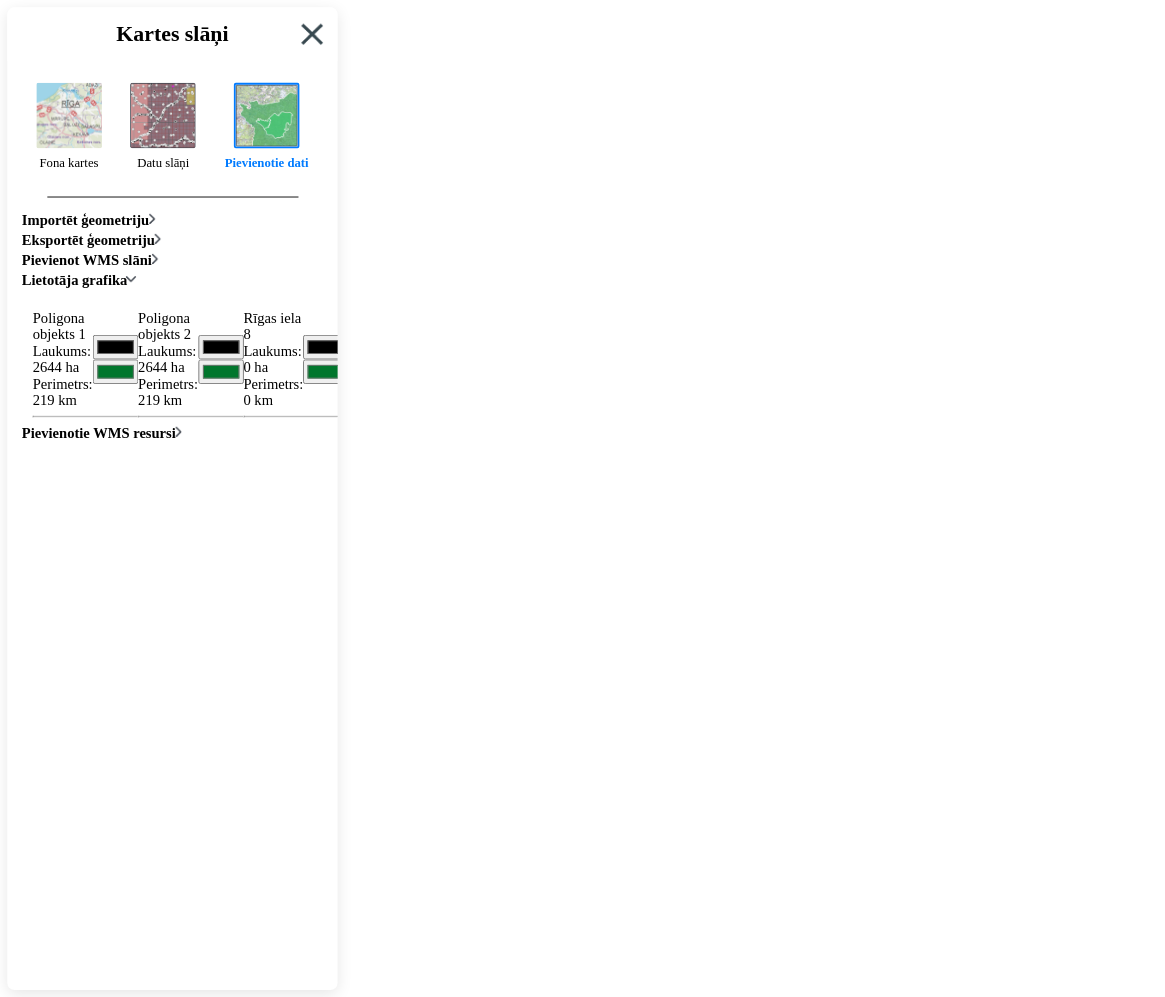
Repository: Kringelis/KP_kar-usl-i
Page: /, after clicking the first element matching `div.sidebar-tabs > :nth-child(3)`
The author's editor kept a copy of each file at every save. The page is drawn from the files as they stood at one save, then again after the next save.
The browser window is 1280 px wide. The pictures show the whole page, at 91% of full size.
The project was rebuilt for these pictures with package versions that can differ from the ones it lists, and the page was loaded fresh each time. Also part of the build but not shown: src/components/FonaKartes.scss, src/components/DatuSlani.jsx, src/components/PievienotieDati.scss, src/App.scss.

Above is the page before, as saved 2024-06-17 09:03:11.

### public/index.html
<!DOCTYPE html>
<html lang="en">
  <head>
    <link
      rel="stylesheet"
      href="https://fonts.googleapis.com/css2?family=Inter:wght@400;500;700&display=swap"
    />

    <meta charset="UTF-8" />
    <meta name="viewport" content="width=device-width, initial-scale=1.0" />
    <title>React App</title>
  </head>
  <body>
    <noscript>You need to enable JavaScript to run this app.</noscript>
    <div id="root"></div>
  </body>
</html>

### src/App.js
import React from "react";
import Sidebar from "./components/Sidebar";
import "./App.scss";

function App() {
  return (
    <div className="App">
      <header className="App-header">
        <Sidebar />
      </header>
    </div>
  );
}

export default App;

### src/components/Sidebar.jsx
import React, { useState } from "react";
import FonaKartes from "./FonaKartes";
import DatuSlani from "./DatuSlani";
import PievienotieDati from "./PievienotieDati";
import "./Sidebar.scss";

import pirmais from "./pirmais.png";
import otrais from "./otrais.png";
import tresais from "./tresais.png";
import close from "./close.png";

const Sidebar = () => {
  const [activeSection, setActiveSection] = useState("FonaKartes");

  return (
    <div className="sidebar">
      <div className="sidebar-header">
        <div className="sidebar-title">Kartes slāņi</div>
        <img src={close} alt="Close" className="close-icon" />
      </div>
      <div className="sidebar-tabs">
        <div
          className={`tab ${activeSection === "FonaKartes" ? "active" : ""}`}
          onClick={() => setActiveSection("FonaKartes")}
        >
          <img src={pirmais} alt="Fona kartes" className="tab-square" />
          <div className="tab-text">Fona kartes</div>
        </div>
        <div
          className={`tab ${activeSection === "DatuSlani" ? "active" : ""}`}
          onClick={() => setActiveSection("DatuSlani")}
        >
          <img src={otrais} alt="Datu slāņi" className="tab-square" />
          <div className="tab-text">Datu slāņi</div>
        </div>
        <div
          className={`tab ${
            activeSection === "PievienotieDati" ? "active" : ""
          }`}
          onClick={() => setActiveSection("PievienotieDati")}
        >
          <img src={tresais} alt="Pievienotie dati" className="tab-square" />
          <div className="tab-text">Pievienotie dati</div>
        </div>
      </div>
      <div className="dividing-line"></div>{" "}
      {/* Added horizontal dividing line */}
      <div className="sidebar-content">
        {activeSection === "FonaKartes" && <FonaKartes />}
        {activeSection === "DatuSlani" && <DatuSlani />}
        {activeSection === "PievienotieDati" && <PievienotieDati />}
      </div>
    </div>
  );
};

export default Sidebar;

### src/components/FonaKartes.jsx
import React, { useState } from "react";
import "./FonaKartes.scss";
import copy from "./copyright.png";
import one from "./Rectangle 4.png";
import two from "./Rectangle 4(1).png";
import three from "./Rectangle 4(2).png";
import four from "./Rectangle 4(3).png";

import six from "./Rectangle 4(5).png";
import seven from "./Rectangle 4(6).png";
import eight from "./Rectangle 4(7).png";
import nine from "./Rectangle 4(8).png";

const FonaKartes = () => {
  const [activeItem, setActiveItem] = useState(null);
  const [sliderValues, setSliderValues] = useState({});

  const items = [
    {
      id: 1,
      title: "Pārskata (topogrāfiskā) karte",
      subtitle: "Tradicionālā tipogrāfijas versija",
      image: one,
      tooltip: "LĢIA",
    },
    {
      id: 2,
      title: "Topogrāfiskā karte ar reljefu",
      subtitle: "WEB versija kombinācijā ar DTM",
      image: two,
      tooltip: "LĢIA",
    },
    {
      id: 3,
      title: "Kombinētā fona karte",
      subtitle: "Dažādas detalitātes fona karte",
      image: three,
      tooltip: "LĢIA",
    },
    {
      id: 4,
      title: "Melnbaltā fona karte",
      subtitle: "Dažādas detalitātes fona karte",
      image: four,
      tooltip: "LĢIA",
    },
    {
      id: 5,
      title: "Ortofoto karte",
      subtitle: "6., 7. un 8. cikla jaunāko datu pārklājums",
      image: nine,
      tooltip: "LĢIA",
    },
    {
      id: 6,
      title: "Digitālais reljefa modelis",
      subtitle: "LIDAR 2013. - 2021.g. (40 cm)",
      image: six,
      tooltip: "LĢIA",
    },
    {
      id: 7,
      title: "Digitālais reljefa modelis ar horizontālēm",
      subtitle: "LIDAR 2013. - 2021.g. (40 cm)",
      image: seven,
      tooltip: "LĢIA",
    },
    {
      id: 8,
      title: "Digitālais virsmas modelis",
      subtitle: "LIDAR 2013. - 2021.g. (40 cm)",
      image: seven,
      tooltip: "LĢIA",
    },
    {
      id: 9,
      title: "Vēsturiskā topogrāfiskā karte mērogā 1: 75 000",
      subtitle: "No 1921. līdz 1940. gadam",
      image: eight,
      tooltip: "LĢIA",
    },
  ];

  const handleItemClick = (id) => {
    setActiveItem(id);
    if (!sliderValues.hasOwnProperty(id)) {
      setSliderValues((prevValues) => ({
        ...prevValues,
        [id]: 50,
      }));
    }
  };

  const handleSliderChange = (id, value) => {
    setSliderValues((prevValues) => ({
      ...prevValues,
      [id]: value,
    }));
  };

  return (
    <div className="fona-kartes">
      {items.map((item) => (
        <div
          key={item.id}
          className={`fona-kartes-item ${
            activeItem === item.id ? "active" : ""
          }`}
          onClick={() => handleItemClick(item.id)}
        >
          <div className="icon-container">
            <img
              src={copy}
              alt="info"
              className="info-icon"
              onClick={(e) => e.stopPropagation()}
            />
            <div className="tooltip">{item.tooltip}</div>
          </div>
          <div className="item-square">
            <img src={item.image} alt={`Kartes ikona`} />
          </div>
          <div className="item-text">
            <div className="item-title">{item.title}</div>
            <div className="item-subtitle">{item.subtitle}</div>
            {activeItem === item.id && (
              <div className="slider-container">
                <div
                  className="hollow-square"
                  onClick={(e) => {
                    e.stopPropagation();
                    handleSliderChange(item.id, 0);
                  }}
                ></div>
                <input
                  type="range"
                  className="item-slider"
                  value={sliderValues[item.id] || 0}
                  onChange={(e) =>
                    handleSliderChange(item.id, parseInt(e.target.value))
                  }
                />
                <div
                  className="black-square"
                  onClick={(e) => {
                    e.stopPropagation();
                    handleSliderChange(item.id, 100);
                  }}
                ></div>
              </div>
            )}
          </div>
        </div>
      ))}
    </div>
  );
};

export default FonaKartes;

### src/components/PievienotieDati.jsx
import React, { useState } from "react";
import "./PievienotieDati.scss";
import Arrow from "./Vector.png";

const PievienotieDati = () => {
  const [isImportGeometryOpen, setImportGeometryOpen] = useState(false);
  const [isExportGeometryOpen, setExportGeometryOpen] = useState(false);
  const [isAddWMSLayerOpen, setAddWMSLayerOpen] = useState(false);
  const [isUserGraphicsOpen, setUserGraphicsOpen] = useState(true);
  const [isWMSResourcesOpen, setWMSResourcesOpen] = useState(false);
  const [isLVMGeoWMSOpen, setLVMGeoWMSOpen] = useState(false);

  const [userGraphics, setUserGraphics] = useState([
    {
      id: 1,
      name: "Poligona objekts 1",
      area: 2644,
      perimeter: 219,
      outlineColor: "#000000",
      fillColor: "#00762C",
    },
    {
      id: 2,
      name: "Poligona objekts 2",
      area: 2644,
      perimeter: 219,
      outlineColor: "#000000",
      fillColor: "#00762C",
    },
    {
      id: 3,
      name: "Rīgas iela 8",
      area: 0,
      perimeter: 0,
      outlineColor: "#000000",
      fillColor: "#00762C",
    },
  ]);

  const toggleSection = (setFunction) => {
    setFunction((prevState) => !prevState);
  };

  const handleColorChange = (id, type, color) => {
    const newUserGraphics = userGraphics.map((item) => {
      if (item.id === id) {
        return { ...item, [type]: color };
      }
      return item;
    });
    setUserGraphics(newUserGraphics);
  };

  return (
    <div className="datu-slani">
      <div
        className="section-title"
        onClick={() => toggleSection(setImportGeometryOpen)}
      >
        Importēt ģeometriju
        <span className="accordion-icon">
          <img
            className={`accordion-icon ${isImportGeometryOpen ? "open" : ""}`}
            src={Arrow}
            alt="V"
          />
        </span>
      </div>
      {isImportGeometryOpen && (
        <div className="sub-section">Import Geometry Section</div>
      )}

      <div
        className="section-title"
        onClick={() => toggleSection(setExportGeometryOpen)}
      >
        Eksportēt ģeometriju
        <span className="accordion-icon">
          <img
            className={`accordion-icon ${isExportGeometryOpen ? "open" : ""}`}
            src={Arrow}
            alt="V"
          />
        </span>
      </div>
      {isExportGeometryOpen && (
        <div className="sub-section">Export Geometry Section</div>
      )}

      <div
        className="section-title"
        onClick={() => toggleSection(setAddWMSLayerOpen)}
      >
        Pievienot WMS slāni
        <span className="accordion-icon">
          <img
            className={`accordion-icon ${isAddWMSLayerOpen ? "open" : ""}`}
            src={Arrow}
            alt="V"
          />
        </span>
      </div>
      {isAddWMSLayerOpen && (
        <div className="sub-section">Add WMS Layer Section</div>
      )}

      <div
        className="section-title"
        onClick={() => toggleSection(setUserGraphicsOpen)}
      >
        Lietotāja grafika
        <span className="accordion-icon">
          <img
            className={`accordion-icon ${isUserGraphicsOpen ? "open" : ""}`}
            src={Arrow}
            alt="V"
          />
        </span>
      </div>
      {isUserGraphicsOpen && (
        <div className="sub-section">
          {userGraphics.map((item) => (
            <div key={item.id}>
              <div className="toggle-item">
                <div className="item-info">
                  <span>{item.name}</span>
                  <div className="info">
                    <div>Laukums: {item.area} ha</div>
                    <div>Perimetrs: {item.perimeter} km</div>
                  </div>
                </div>
                <div className="icons">
                  <label>
                    <input
                      type="color"
                      value={item.outlineColor}
                      onChange={(e) =>
                        handleColorChange(
                          item.id,
                          "outlineColor",
                          e.target.value
                        )
                      }
                    />
                    <span
                      className="color-block"
                      style={{ backgroundColor: item.outlineColor }}
                    ></span>
                  </label>
                  <label>
                    <input
                      type="color"
                      value={item.fillColor}
                      onChange={(e) =>
                        handleColorChange(item.id, "fillColor", e.target.value)
                      }
                    />
                    <span
                      className="color-block"
                      style={{ backgroundColor: item.fillColor }}
                    ></span>
                  </label>
                </div>
              </div>
              <hr /> {/* Optional divider between items */}
            </div>
          ))}
        </div>
      )}

      <div
        className="section-title"
        onClick={() => toggleSection(setWMSResourcesOpen)}
      >
        Pievienotie WMS resursi
        <span className="accordion-icon">
          <img
            className={`accordion-icon ${isWMSResourcesOpen ? "open" : ""}`}
            src={Arrow}
            alt="V"
          />
        </span>
      </div>
      {isWMSResourcesOpen && (
        <div className="sub-section">
          <div
            className="sub-title"
            onClick={() => toggleSection(setLVMGeoWMSOpen)}
          >
            LVM GEO WMS
            <span className="accordion-icon">
              <img
                className={`accordion-icon ${isLVMGeoWMSOpen ? "open" : ""}`}
                src={Arrow}
                alt="V"
              />
            </span>
          </div>
          {isLVMGeoWMSOpen && (
            <div className="sub-sub-section">
              {[
                "Mežaudzu plāns",
                "Augsnes laukumi",
                "Rekreācijas zonas",
                "Kvartāra nogulumu karte",
                "Digitālā reljefa modelis",
                "Vēja ātrums",
              ].map((layer, index) => (
                <div className="toggle-item" key={index}>
                  <span>{layer}</span>
                  <label className="toggle-switch">
                    <input type="checkbox" />
                    <span className="slider"></span>
                  </label>
                </div>
              ))}
            </div>
          )}
        </div>
      )}
    </div>
  );
};

export default PievienotieDati;

### src/components/Sidebar.scss
.sidebar {
  width: 363px;
  height: 1080px;
  background-color: #ffffff;
  box-shadow: 0px 4px 16px rgba(0, 0, 0, 0.1);
  border-radius: 8px;
  overflow: hidden;
  position: relative;

  .sidebar-header {
    display: flex;
    justify-content: center;
    align-items: center;
    padding: 16px;
    background-color: #ffffff;
    position: relative;

    .sidebar-title {
      font-size: 24px;
      font-weight: bold;
      color: #000000;
    }
    &.active {
      color: #007bff;
    }

    .close-icon {
      width: 24px;
      height: 24px;
      cursor: pointer;
      position: absolute;
      right: 16px;
    }
  }

  .sidebar-tabs {
    display: flex;
    justify-content: space-around;
    padding: 16px;

    .tab {
      display: flex;
      flex-direction: column;
      align-items: center;
      font-size: 14px;
      color: #000000;
      cursor: pointer;
      padding: 8px 0;

      border-radius: 10%;
      transition: background-color 0.3s ease, color 0.3s ease;

      &.active {
        .tab-square {
          border: 2px solid #007bff;
          box-sizing: border-box;
          border-radius: 3%;
        }
        .tab-text {
          color: #007bff;
          font-weight: bold;
        }
      }

      &:hover {
        background-color: #f8f9fa;
      }

      .tab-square {
        width: 72px;
        height: 72px;
        margin-bottom: 8px;
        display: flex;
        border-radius: 3%;
        justify-content: center;
        align-items: center;
        box-sizing: border-box;
      }

      .tab-image {
        width: 100%;
        height: 100%;
        object-fit: cover;
      }

      .tab-text {
        text-align: center;
      }
    }
  }

  .sidebar-content {
    padding: 16px;
  }

  .dividing-line {
    width: 276px;
    height: 1px;
    background-color: #000;
    margin: 0 auto;
    margin-top: 5px;
  }
}

### src/components/DatuSlani.scss
.datu-slani {
  .section-title {
    font-size: 16px;
    font-weight: bold;
    margin-bottom: 4px;
  }

  .section-subtitle {
    font-size: 12px;
    color: gray;
  }

  .sub-section {
    margin-top: 16px;
    display: flex;
    align-items: center;
    justify-content: space-between;
    margin-left: 12px;
  }

  .sub-title {
    font-size: 14px;
    font-weight: bold;
    margin-bottom: 8px;
  }

  .toggle-switch {
    position: relative;
    display: inline-block;
    width: 20px;
    height: 10px;
    margin-left: 8px;
    vertical-align: middle;

    input {
      opacity: 0;
      width: 0;
      height: 0;
    }

    .slider {
      position: absolute;
      cursor: pointer;
      top: 0;
      left: 0;
      right: 0;
      bottom: 0;
      background-color: white;
      transition: 0.4s;
      border-radius: 34px;
      border: 1px solid black;

      &:before {
        content: "";
        position: absolute;
        height: 6px;
        width: 6px;
        background-color: black;
        transition: 0.4s;
        border-radius: 50%;
        left: 1px;
        bottom: 1px;
        right: 100%;
        margin: auto;
      }
    }

    input:checked + .slider {
      background-color: #007bff;
      border-color: transparent;
    }

    input:checked + .slider:before {
      transform: translateX(10px);
      background-color: white;
    }
  }

  .toggle-item {
    display: flex;
    align-items: center;
    justify-content: space-between;
    margin-top: 8px;
  }

  .accordion-title {
    display: flex;
    align-items: center;
    justify-content: space-between;
    cursor: pointer;
    padding: 10px 0;

    .accordion-left {
      display: flex;
      align-items: center;
    }

    .accordion-text {
      margin-right: auto;
    }
  }

  .accordion-icon {
    transition: transform 0.3s ease;
    margin-right: 5px;
  }

  .accordion-icon.open {
    transform: rotate(90deg);
  }

  .accordion-content {
    padding-left: 20px;
  }

  .section-toggle {
    display: flex;
    align-items: center;
    justify-content: space-between;
    margin-left: 12px;
  }

  .select-all {
    margin-bottom: 8px;
  }

  .select-all-text {
    margin-left: 4px;
  }
}

Loaded but not shown: src/index.js (common file); src/reportWebVitals.js (common file); src/index.css (no stored copy; drawn as an empty file)

After the next save:
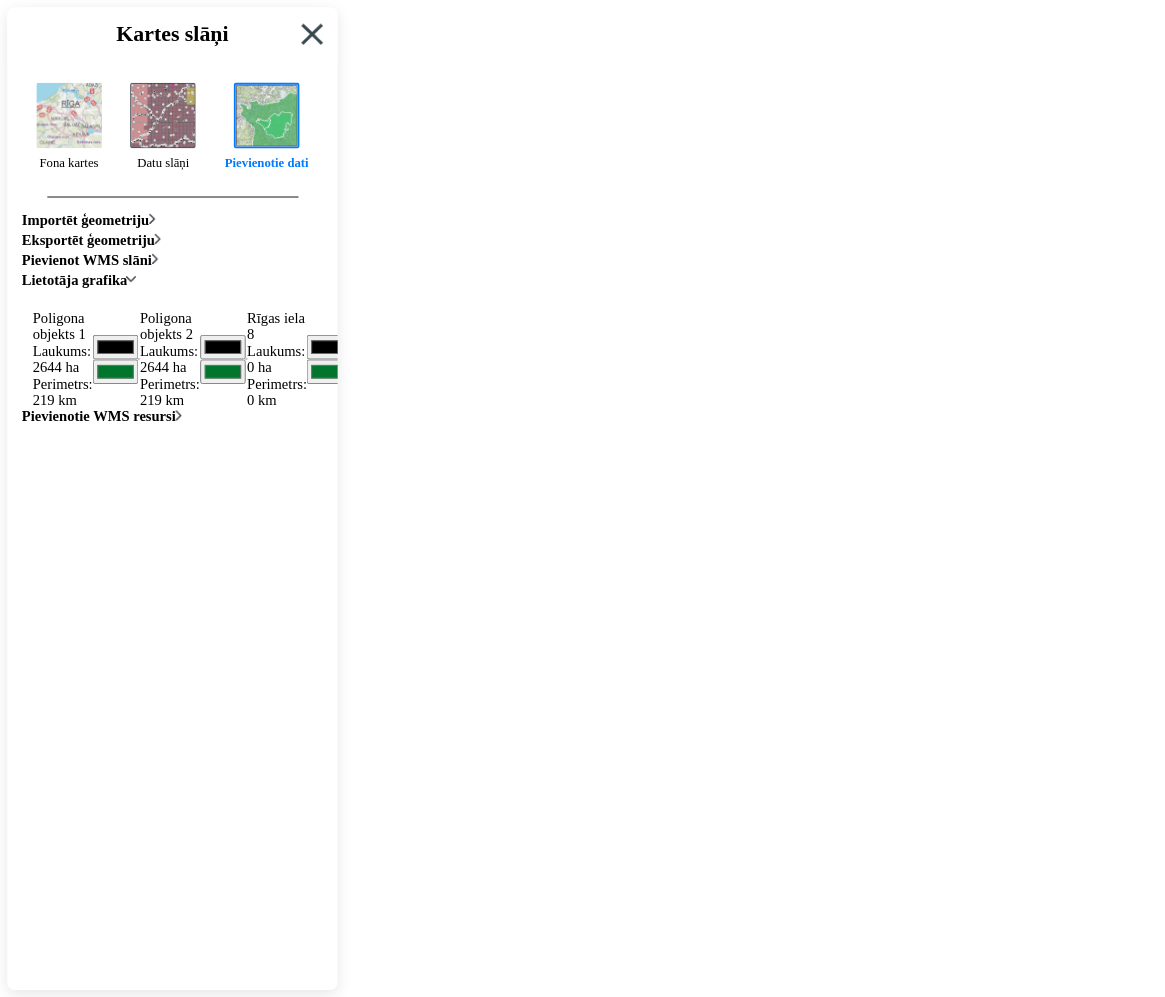
Saved 69 s later.
--- a/src/components/PievienotieDati.jsx
+++ b/src/components/PievienotieDati.jsx
@@ -120,47 +120,41 @@ const PievienotieDati = () => {
       {isUserGraphicsOpen && (
         <div className="sub-section">
           {userGraphics.map((item) => (
-            <div key={item.id}>
-              <div className="toggle-item">
-                <div className="item-info">
-                  <span>{item.name}</span>
-                  <div className="info">
-                    <div>Laukums: {item.area} ha</div>
-                    <div>Perimetrs: {item.perimeter} km</div>
-                  </div>
+            <div key={item.id} className="toggle-item">
+              <div className="item-info">
+                <span>{item.name}</span>
+                <div className="info">
+                  <div>Laukums: {item.area} ha</div>
+                  <div>Perimetrs: {item.perimeter} km</div>
                 </div>
-                <div className="icons">
-                  <label>
-                    <input
-                      type="color"
-                      value={item.outlineColor}
-                      onChange={(e) =>
-                        handleColorChange(
-                          item.id,
-                          "outlineColor",
-                          e.target.value
-                        )
-                      }
-                    />
-                    <span
-                      className="color-block"
-                      style={{ backgroundColor: item.outlineColor }}
-                    ></span>
-                  </label>
-                  <label>
-                    <input
-                      type="color"
-                      value={item.fillColor}
-                      onChange={(e) =>
-                        handleColorChange(item.id, "fillColor", e.target.value)
-                      }
-                    />
-                    <span
-                      className="color-block"
-                      style={{ backgroundColor: item.fillColor }}
-                    ></span>
-                  </label>
-                </div>
+              </div>
+              <div className="icons">
+                <label>
+                  <input
+                    type="color"
+                    value={item.outlineColor}
+                    onChange={(e) =>
+                      handleColorChange(item.id, "outlineColor", e.target.value)
+                    }
+                  />
+                  <span
+                    className="color-block"
+                    style={{ backgroundColor: item.outlineColor }}
+                  ></span>
+                </label>
+                <label>
+                  <input
+                    type="color"
+                    value={item.fillColor}
+                    onChange={(e) =>
+                      handleColorChange(item.id, "fillColor", e.target.value)
+                    }
+                  />
+                  <span
+                    className="color-block"
+                    style={{ backgroundColor: item.fillColor }}
+                  ></span>
+                </label>
               </div>
               <hr /> {/* Optional divider between items */}
             </div>
